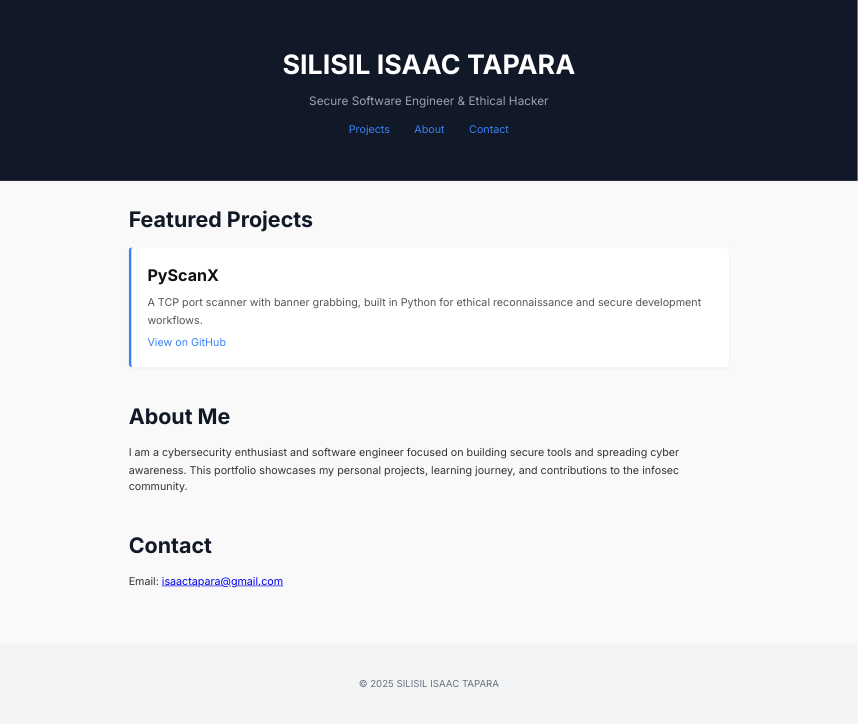
Repository: isaactapara/isaactapara.github.io
Page: index.html
These files come from the project's save history. The page is drawn as it stood at one moment and after the next save; the edit follows.
The browser window is 1280 px wide. The pictures show the whole page, at 67% of full size.

Above is the page before, as saved 2025-07-17 10:12:37.

After the next save:
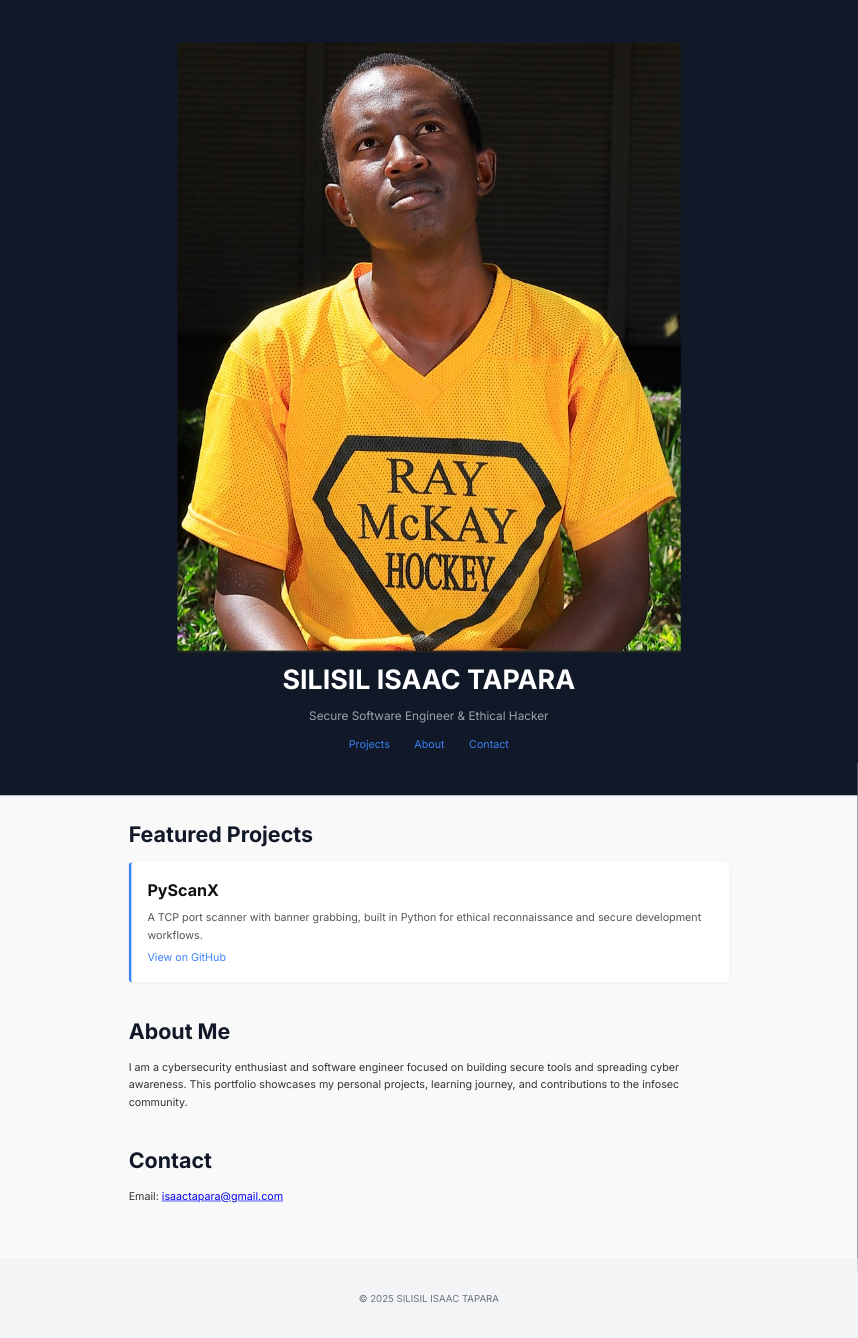
Saved 10 min 51 s later.
--- a/index.html
+++ b/index.html
@@ -9,7 +9,8 @@
 </head>
 <body>
   <header>
-    <div class="container">
+    <div class="container text-center">
+      <img src="assets/isaac.jpg" alt="Profile Photo" class="profile-photo" />
       <h1>SILISIL ISAAC TAPARA</h1>
       <p class="subtitle">Secure Software Engineer & Ethical Hacker</p>
       <nav>
